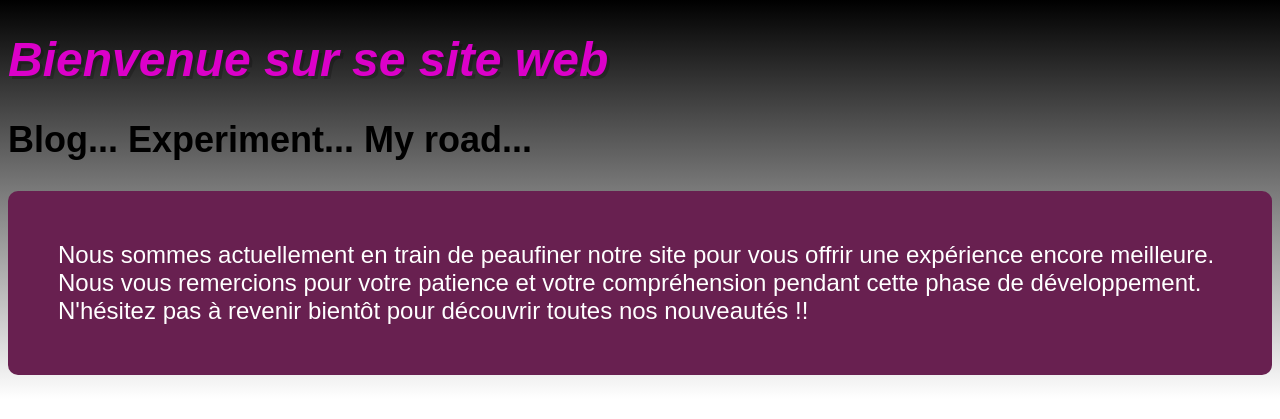
Repository: ValetteEvan/PersonalWebApp
Page: index.html
The author's editor kept a copy of each file at every save. The page is drawn from the files as they stood at one save, then again after the next save.
The browser window is 1280 px wide. The pictures show the whole page.
The first visible `.firstParagraph` is being pressed.

Above is the page before, as saved 2025-01-07 18:12:32.

After the next save:
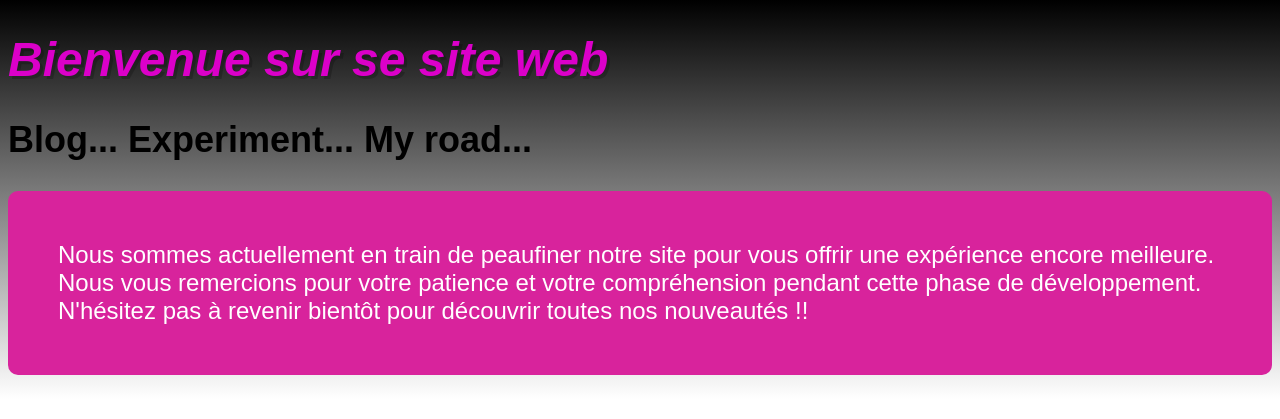
Saved 64 s later.
--- a/style.css
+++ b/style.css
@@ -35,3 +35,10 @@ h1 {
     padding: 50px;
     border-radius: 10px;
 }
+
+.firstParagraph:active{
+    background-color: rgb(216, 35, 156);
+    color: #ffffff;
+    padding: 50px;
+    border-radius: 10px;
+}
